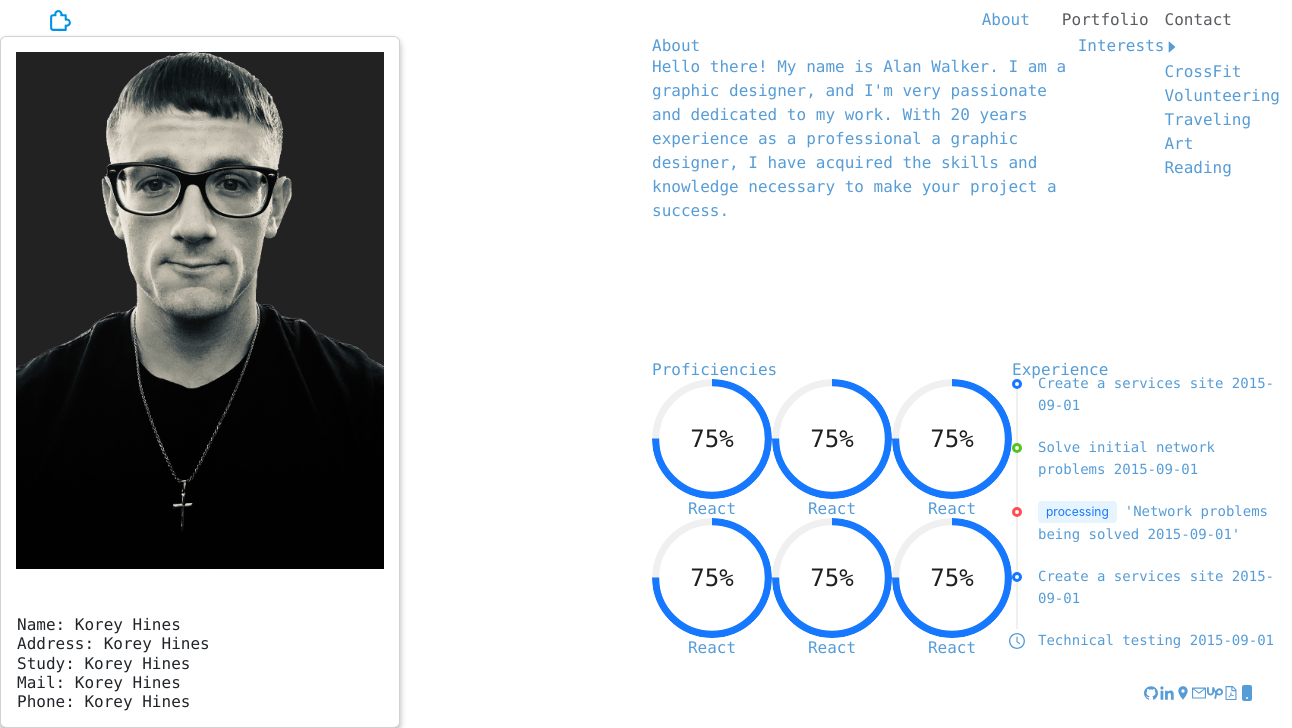
Repository: devkthines/next-portfolio-v2
Page: /about
These files come from the project's save history. The page is drawn as it stood at one moment and after the next save; the edit follows.
The browser window is 1280 px wide. The page is 1292 px wide, so the pictures cover 1292 px, including what lies to the right of the window. The pictures show the whole page.
The project was rebuilt for these pictures with package versions that can differ from the ones it lists, and the page was loaded fresh each time. The framework's server and built-in components were replaced by stand-ins that run in the browser. Also part of the build but not shown: next.config.js.

Above is the page before, as saved 2023-09-25 21:22:50.

After the next save:
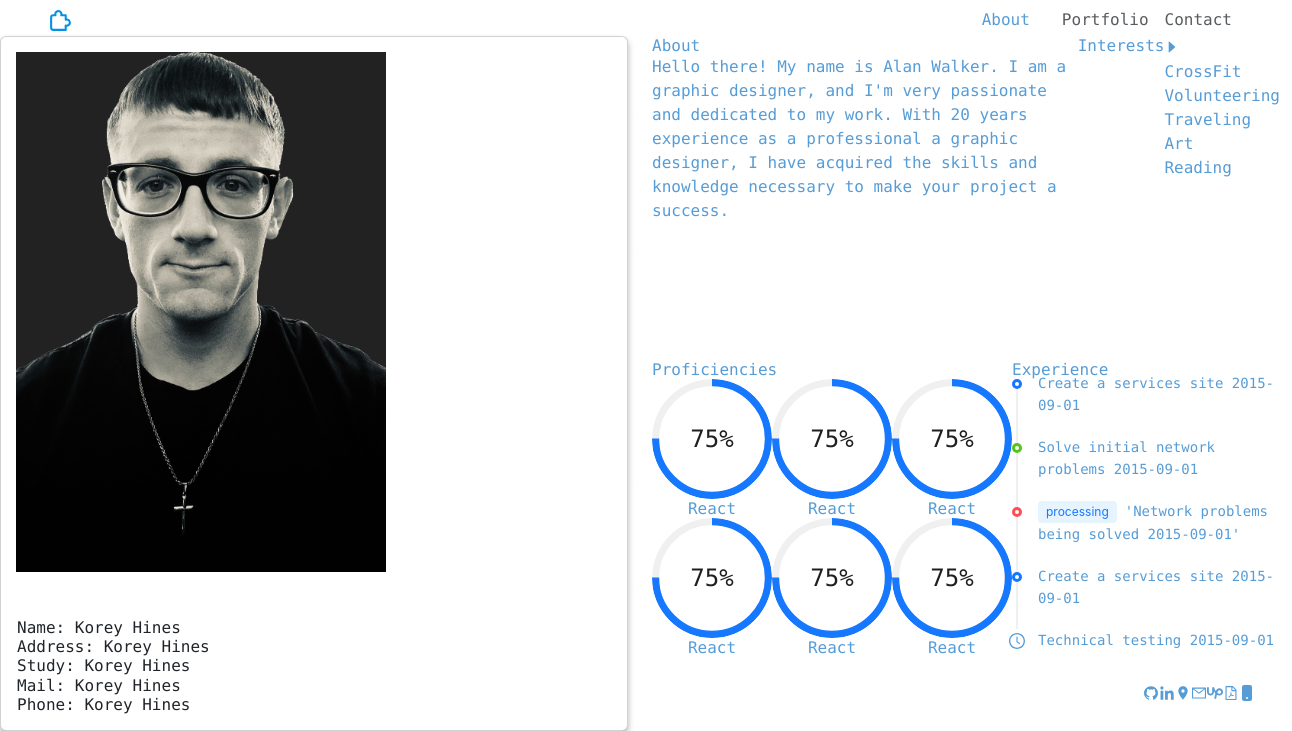
Saved 24 s later.
--- a/css/style.css
+++ b/css/style.css
@@ -193,7 +193,7 @@
 #aboutcard{
     box-shadow: 0 4px 6px rgba(0, 0, 0, .3);
     /* height: fit-content; */
-    width: 400px;
+    /* width: 400px; */
 }
 .interests{
     width: 200px;

After the 3 saves that followed:
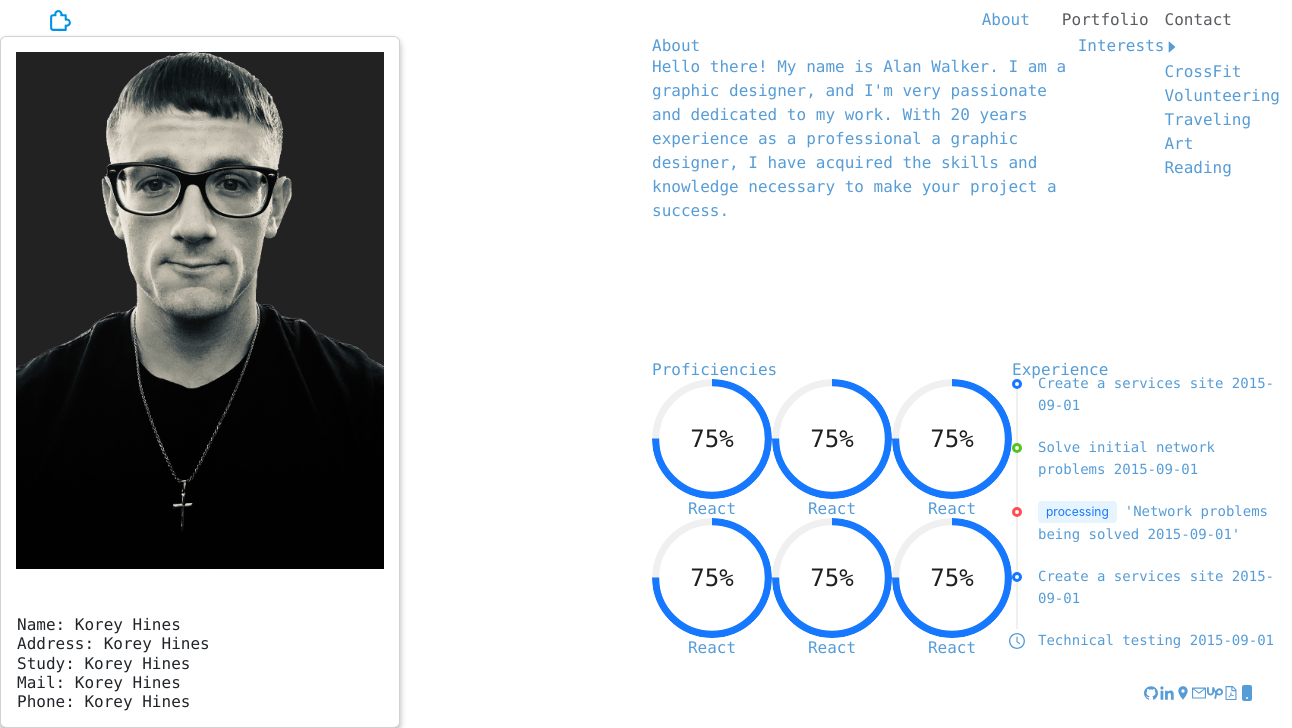
The 3 saves are shown as one change because they came seconds apart.
The last was saved 9 s later.
--- a/css/style.css
+++ b/css/style.css
@@ -193,7 +193,8 @@
 #aboutcard{
     box-shadow: 0 4px 6px rgba(0, 0, 0, .3);
     /* height: fit-content; */
-    /* width: 400px; */
+    width: 400px;
+    margin: 0;
 }
 .interests{
     width: 200px;
